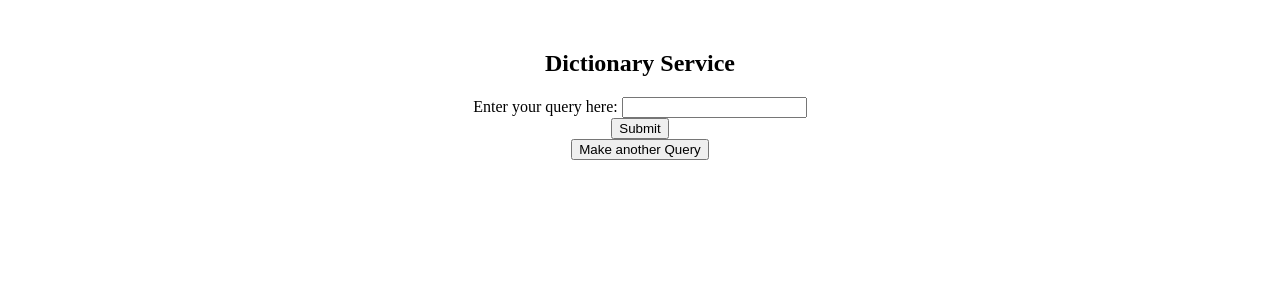
Repository: DonalMcGahon/An-Asynchronous-RMI-Dictionary-Service
Page: http://localhost/DictionaryWebApp/DictionaryForm.jsp
The author's editor kept a copy of each file at every save. The page is drawn from the files as they stood at one save, then again after the next save.
The browser window is 1280 px wide. The pictures show the whole page.
The page is served by Tomcat 9. Other server files are loaded and not shown.

Above is the page before, as saved 2017-12-21 14:05:29.

### Project Workspace/DictionaryWebApp/WebContent/DictionaryForm.jsp
<%@ page language="java" contentType="text/html; charset=ISO-8859-1"
    pageEncoding="ISO-8859-1"%>
<!DOCTYPE html PUBLIC "-//W3C//DTD HTML 4.01 Transitional//EN" "http://www.w3.org/TR/html4/loose.dtd">
<html>
<head>
<meta http-equiv="Content-Type" content="text/html; charset=ISO-8859-1">
<title>Dictionary Lookup</title>
</head>
<body>
<div align="center" style="margin-top: 50px;">

 		<H2><B>Dictionary Service</B></H2>
        <form action="DictionaryServlet">
        Enter your query here:  <input type="text" name="inputWord" size="20px"> <br>
        <input type="submit" value="Submit">
        </form>

        <form action="where-you-want-to-go"><input type="submit" value="Make another Query"></form>

    </div>
</body>
</html>

After the next save:
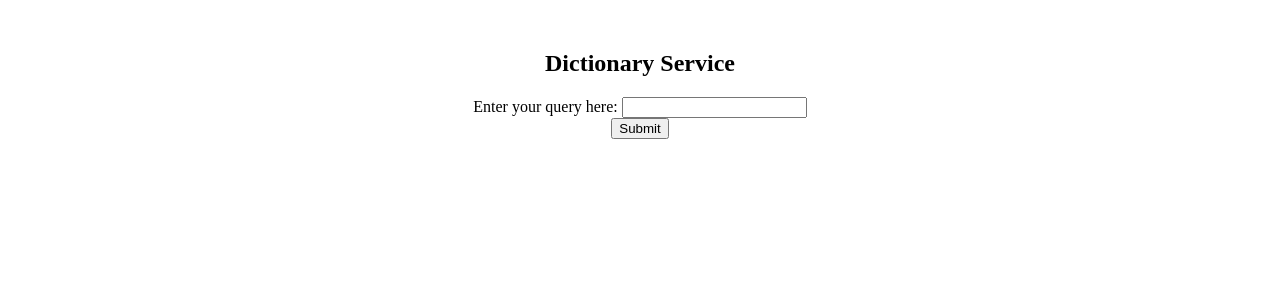
Saved 30 s later.
--- a/Project Workspace/DictionaryWebApp/WebContent/DictionaryForm.jsp
+++ b/Project Workspace/DictionaryWebApp/WebContent/DictionaryForm.jsp
@@ -15,8 +15,6 @@
         <input type="submit" value="Submit">
         </form>
 
-        <form action="where-you-want-to-go"><input type="submit" value="Make another Query"></form>
-
     </div>
 </body>
 </html>
